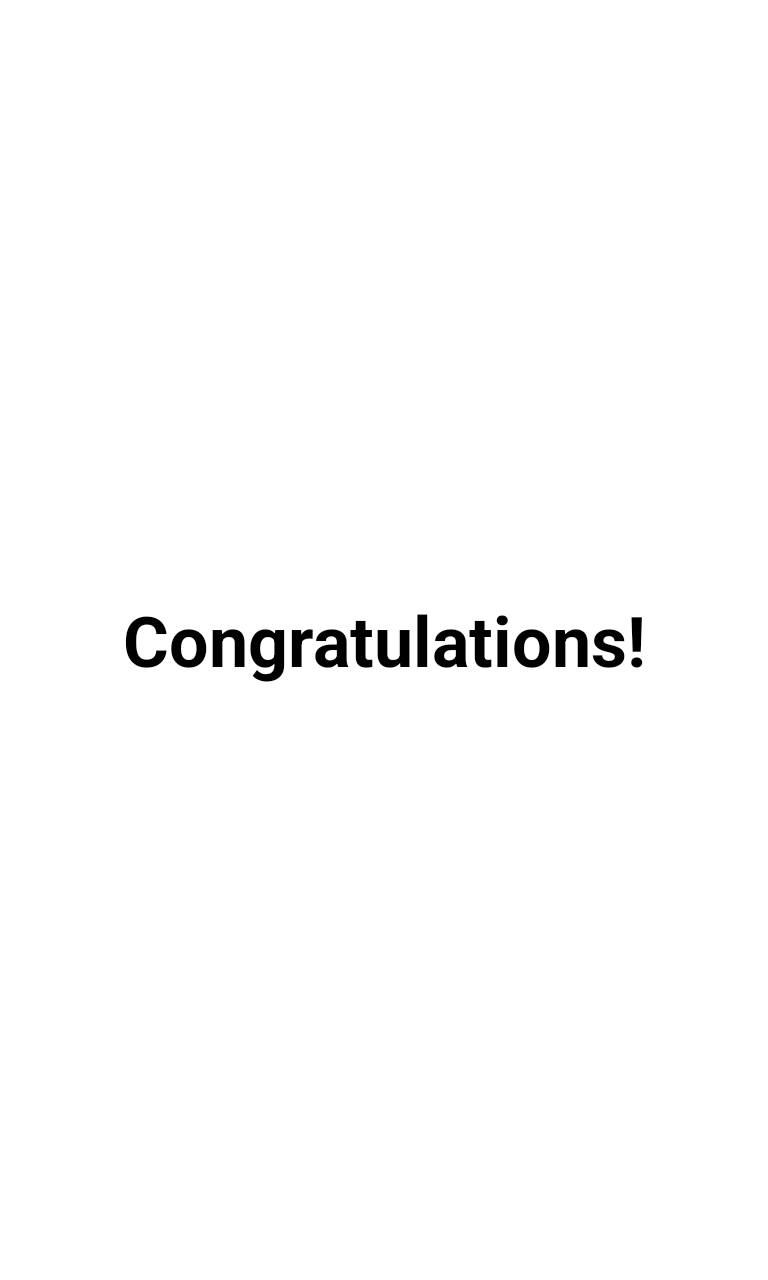
Repository: AGNT/Mobile_application_SU13
Layout: android/Locate/res/layout/activity_final_points.xml
The author's editor kept a copy of each file at every save. The layout is drawn from the files as they stood at one save, then again after a run of saves.
It is drawn on a 768 x 1280 px phone screen (xhdpi) without system bars, with theme AppTheme; the app's code is not run.

Above is the layout before, as saved 2013-08-11 02:50:20.

### android/Locate/res/layout/activity_final_points.xml
<LinearLayout xmlns:android="http://schemas.android.com/apk/res/android"
    xmlns:tools="http://schemas.android.com/tools"
    android:layout_width="match_parent"
    android:layout_height="match_parent"
    android:paddingBottom="@dimen/activity_vertical_margin"
    android:paddingLeft="@dimen/activity_horizontal_margin"
    android:paddingRight="@dimen/activity_horizontal_margin"
    android:paddingTop="@dimen/activity_vertical_margin"
    tools:context=".FinalPoints" >

    <TextView
        android:layout_width="match_parent"
        android:layout_height="wrap_content"
        android:layout_gravity="center"
        android:gravity="center_horizontal"
        android:text="Congratulations!"
        android:textAppearance="?android:attr/textAppearanceLarge"
        android:textColor="#000000"
        android:textSize="35sp"
        android:textStyle="bold" />

    <TextView
        android:layout_width="wrap_content"
        android:layout_height="wrap_content"
        android:text="Your Score is.."
        android:textAppearance="?android:attr/textAppearanceMedium"
        android:textColor="#000000"
        android:id="@+id/version" />

</LinearLayout>

Loaded but not shown: android/Locate/res/values/styles.xml (common file); android/Locate/res/values-v11/styles.xml (common file); android/Locate/res/values-v14/styles.xml (common file); android/Locate/res/values/dimens.xml (common file)

After the next 2 saves:
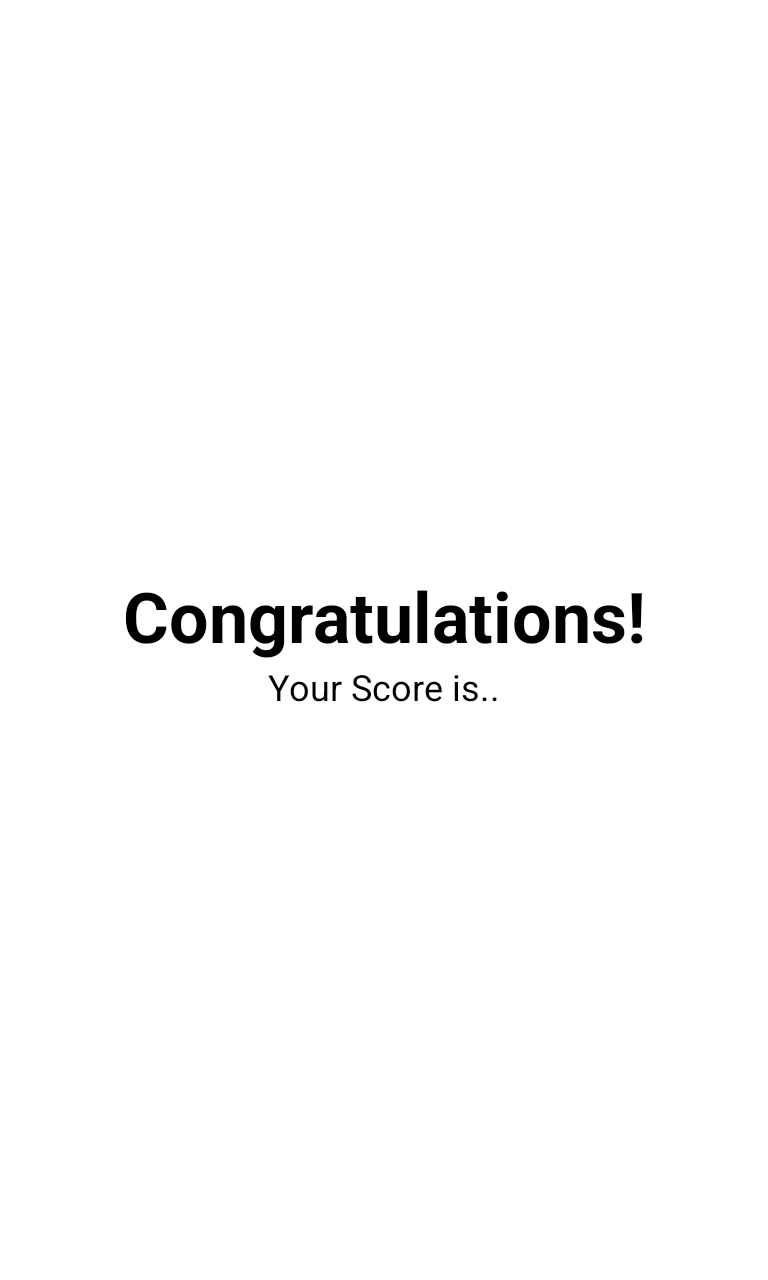
The 2 saves are shown as one change because 1 did not build or start.
The last was saved 36 s later.
--- a/android/Locate/res/layout/activity_final_points.xml
+++ b/android/Locate/res/layout/activity_final_points.xml
@@ -1,12 +1,9 @@
+<?xml version="1.0" encoding="utf-8"?>
 <LinearLayout xmlns:android="http://schemas.android.com/apk/res/android"
-    xmlns:tools="http://schemas.android.com/tools"
     android:layout_width="match_parent"
     android:layout_height="match_parent"
-    android:paddingBottom="@dimen/activity_vertical_margin"
-    android:paddingLeft="@dimen/activity_horizontal_margin"
-    android:paddingRight="@dimen/activity_horizontal_margin"
-    android:paddingTop="@dimen/activity_vertical_margin"
-    tools:context=".FinalPoints" >
+    android:gravity="center"
+    android:orientation="vertical" >
 
     <TextView
         android:layout_width="match_parent"
